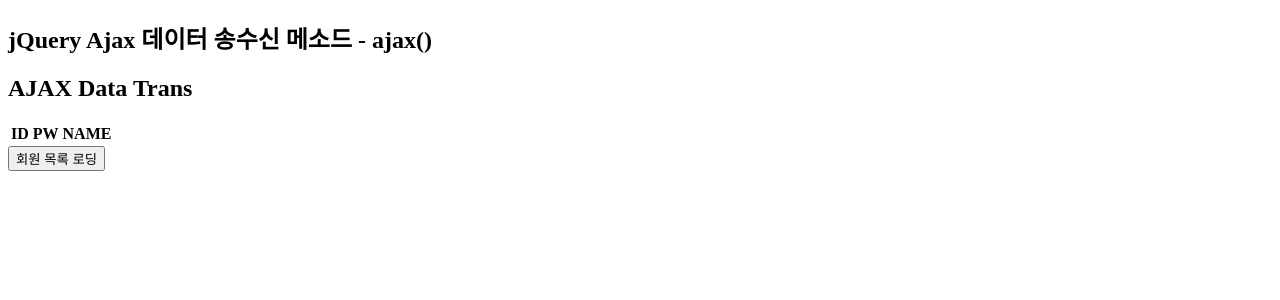
Repository: qkrwjddn1026/pro06_1
Page: http://localhost/ajax/test2
An editor plug-in stored every save of this project. The page is shown before and after the next save, followed by the edit.
The browser window is 1280 px wide. The pictures show the whole page.
Some web libraries are served in a nearby version. The page is this project's Thymeleaf template; nobody is signed in. The template is opened directly, without the code that normally fills it, so the values that code supplies are empty.

Above is the page before, as saved 2022-12-21 03:43:04.

After the next save:
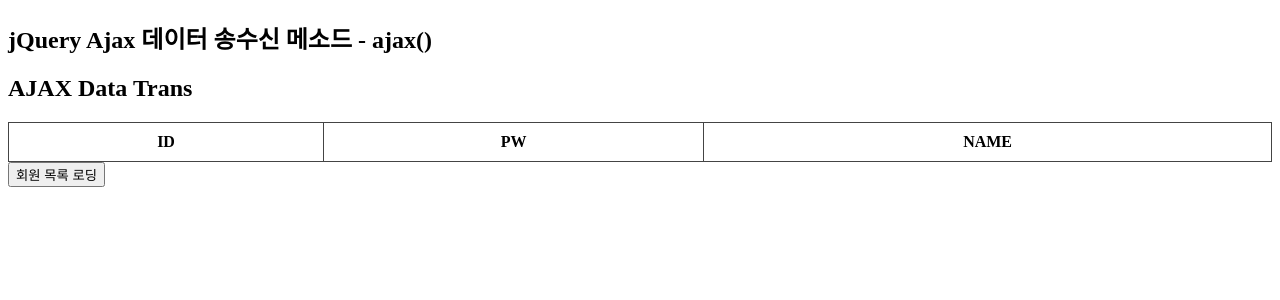
Saved 106 s later.
--- a/myapp/src/main/resources/templates/ajax/test2.html
+++ b/myapp/src/main/resources/templates/ajax/test2.html
@@ -7,7 +7,17 @@
     <title>Document</title>
     <script src="https://code.jquery.com/jquery-latest.js"></script>
     <script src="http://code.jquery.com/ui/1.12.1/jquery-ui.js"></script>
-
+    <style>
+ .table {
+    width: 100%;
+    border: 1px solid #444444;
+    border-collapse: collapse;
+  }
+  th, td {
+    border: 1px solid #444444;
+    padding: 10px;
+  }
+</style>
 </head>
 <body>
     <section class="container">
